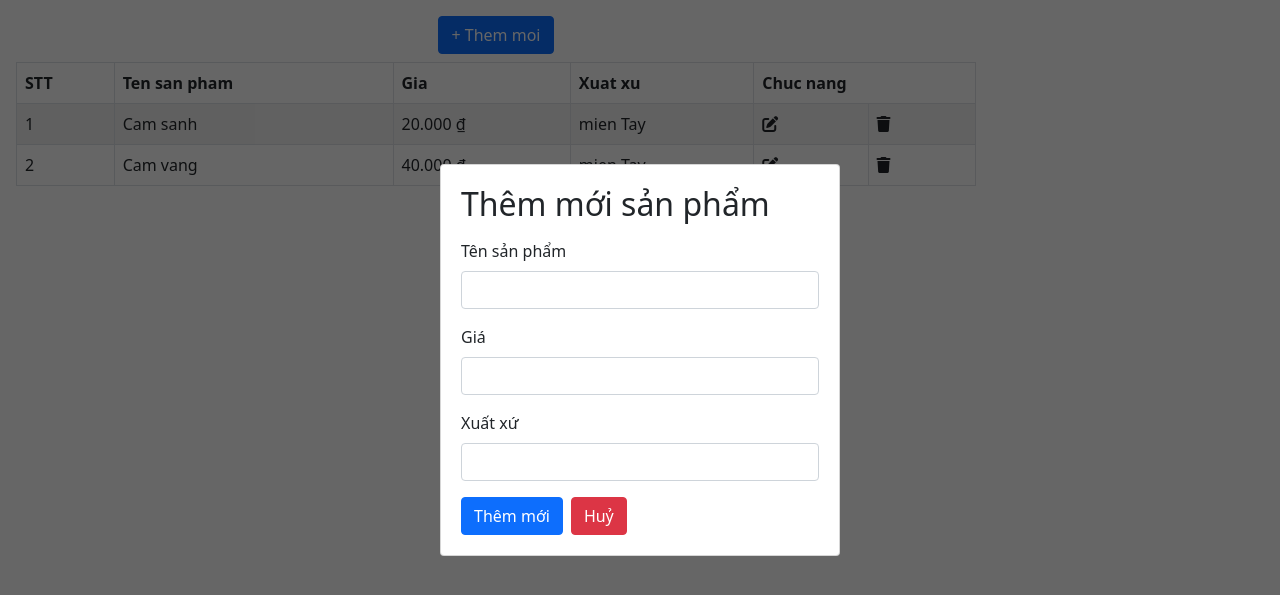
Repository: TinhTT336/MD02_Session12
Page: / (app in client/), after clicking the first element matching `button.btn`
An editor plug-in stored every save of this project. The page is shown before and after the next save, followed by the edit.
The browser window is 1280 px wide. The pictures show the whole page.
The project was rebuilt for these pictures with package versions that can differ from the ones it lists, and the page was loaded fresh each time. Requests to the local data server were answered from the project's data file. Also part of the build but not shown: client/vite.config.js, client/src/App.css, client/src/index.css.

Above is the page before, as saved 2023-09-11 14:17:32.

### client/index.html
<!DOCTYPE html>
<html lang="en">
  <head>
    <meta charset="UTF-8" />
    <link rel="icon" type="image/svg+xml" href="/vite.svg" />
    <meta name="viewport" content="width=device-width, initial-scale=1.0" />
    <title>Vite + React</title>
    <link
      href="https://cdn.jsdelivr.net/npm/bootstrap@5.0.2/dist/css/bootstrap.min.css"
      rel="stylesheet"
      integrity="sha384-EVSTQN3/azprG1Anm3QDgpJLIm9Nao0Yz1ztcQTwFspd3yD65VohhpuuCOmLASjC"
      crossorigin="anonymous"
    />
    <link
      rel="stylesheet"
      href="https://cdnjs.cloudflare.com/ajax/libs/font-awesome/6.4.2/css/all.min.css"
      integrity="sha512-z3gLpd7yknf1YoNbCzqRKc4qyor8gaKU1qmn+CShxbuBusANI9QpRohGBreCFkKxLhei6S9CQXFEbbKuqLg0DA=="
      crossorigin="anonymous"
      referrerpolicy="no-referrer"
    />
  </head>
  <body>
    <div id="root"></div>
    <script type="module" src="/src/main.jsx"></script>
  </body>
</html>

### client/src/App.jsx
import { useState } from 'react'
import reactLogo from './assets/react.svg'
import viteLogo from '/vite.svg'
import './App.css'
import ListProduct from './pages/product/ListProduct'

function App() {
  const [count, setCount] = useState(0)

  return (
    <>
      <ListProduct />
    </>
  )
}

export default App

### client/src/pages/product/ListProduct.jsx
import React, { useEffect, useState } from 'react'
import { formatMoney } from '../../utils/formatData';
import FormAdd from '../../components/admin/manager-product/FormAdd';

export default function ListProduct() {
    const [products, setProducts] = useState([]);
    const [showForm, setShowForm] = useState(false);
    // console.log(products);
    // goi API lay thong tin tat ca san pham
    const loadData = () => {
        fetch("http://localhost:8000/products")
            .then((response) => response.json())// ep kieu ve dang json
            .then((response) => setProducts(response)) // noi co du lieu tra ve
            .catch((error) => console.log(error))// bat loi
    }
    // khi lam viec voi components khong duoc goi ham truc tiep ma su dung useEffect
    // useEffect dung khi can hien thi du lieu ra giao dien
    useEffect(() => {
        loadData();
    }, [])

    /**
     * ham xoa thong 1 product theo id
     * @param {*} id id cua product can xoa
     * Author: TinhTT (11/09/2023)
     */
    const handleDelete = (id) => {
        fetch(`http://localhost:8000/products/${id}`, {
            method: "DELETE",
        }).then((response) => {
            if (response.status === 200) {
                loadData();
            }
        })
            .catch((error) => console.log(error))
    }

    // ham hien thi form them moi
    const handleShowForm = () => {
        setShowForm(true);
    }
    return (
        <>
            {showForm && <FormAdd />}
            <div className='w-75 d-flex align-items-center justify-content-center flex-column m-3'>
                <div >
                    <button onClick={handleShowForm} className='btn btn-primary mb-2 btn-add' style={{ textAlign: "right" }}>+ Them moi</button>
                </div>
                <table className='table table-striped table-hover table-bordered'>
                    <thead>
                        <tr>
                            <th scope='col'>STT</th>
                            <th scope='col'>Ten san pham</th>
                            <th scope='col'>Gia</th>
                            <th scope='col'>Xuat xu</th>
                            <th scope='col' colSpan={2}>Chuc nang</th>
                        </tr>
                    </thead>
                    <tbody>
                        {products.map((pro, index) => (
                            <tr key={pro.id}>
                                <td>{index + 1}</td>
                                <td>{pro.product_name}</td>
                                <td>{formatMoney(pro.price)}</td>
                                <td>{pro.from}</td>
                                <td><i className="fa-solid fa-pen-to-square"></i></td>
                                <td onClick={() => handleDelete(pro.id)}><i className="fa-solid fa-trash"></i></td>
                            </tr>
                        ))}
                    </tbody>
                </table>
            </div>
        </>
    )
}

### client/src/utils/formatData.js
/**
 * ham format tien te Viet Nam
 * @param {*} money chuoi tien te can format
 * @returns chuoi tien te da duoc format
 * Author: TinhTT (11/09/2023)
 */
export const formatMoney = (money) => {
  return money.toLocaleString("vi", { style: "currency", currency: "VND" });
};
export const formatDate = () => {};
export const formatEmail = () => {};

### client/src/components/admin/manager-product/FormAdd.jsx
import React, { useState } from 'react'
import "./product.css";

export default function FormAdd() {
    const [product, setProduct] = useState({
        productName: "",
        price: 0,
        from: "",
    })

    // ham lay gia tri tu cac o input
    const handleChange = (e) => {
        const { name, value } = e.target;
        setProduct({ ...product, [name]: value })
    }

    // ham them moi san pham
    const handleSubmit = (e) => {
        e.preventDefault();
        console.log(product);
    }
    return (
        <>
            <div className='product-container'>
                <form className='form-container' onSubmit={handleSubmit}>
                    <div className='mb-3'>
                        <h2>Thêm mới sản phẩm</h2>
                    </div>
                    <div className="mb-3 mt-3">
                        <label htmlFor="productName" className="form-label">
                            Tên sản phẩm
                        </label>
                        <input type="text" className="form-control" name="productName" id="productName" onChange={handleChange} />
                    </div>
                    <div className="mb-3">
                        <label htmlFor="price" className="form-label">
                            Giá
                        </label>
                        <input type="text" className="form-control" name='price' id='price' onChange={handleChange} />
                    </div>
                    <div className="mb-3">
                        <label className="form-label" htmlFor="from">
                            Xuất xứ
                        </label>
                        <input type="text" className="form-control" name='from' id='from' onChange={handleChange} />
                    </div>
                    <button type="submit" className="btn btn-primary me-2">
                        Thêm mới
                    </button>
                    <button type="button" className="btn btn-danger">
                        Huỷ
                    </button>
                </form>

            </div>

        </>
    )
}

### client/src/components/admin/manager-product/product.css
.product-container {
  position: fixed;
  bottom: 0;
  top: 0;
  right: 0;
  left: 0;
  background: rgba(0, 0, 0, 0.6);
  display: flex;
  align-items: center;
  justify-content: center;
  min-height: 100vh;
}
.form-container {
  width: 400px;
  padding: 20px;
  background-color: #fff;
  border: 1px solid #3333;
  border-radius: 4px;
}

### server/db.json
{
  "users": [
    {
      "id": 1,
      "user_name": "Nguyen Van A",
      "gender": 0,
      "address": "Thanh Xuan, Ha Noi",
      "email": "an@gmail.com",
      "password": "123456"
    }
  ],
  "products": [
    {
      "id": 1,
      "product_name": "Cam sanh",
      "price": 20000,
      "from": "mien Tay"
    },
    {
      "id": 2,
      "product_name": "Cam vang",
      "price": 40000,
      "from": "mien Tay"
    }
  ]
}

Loaded but not shown: client/src/main.jsx (common file)

After the next save:
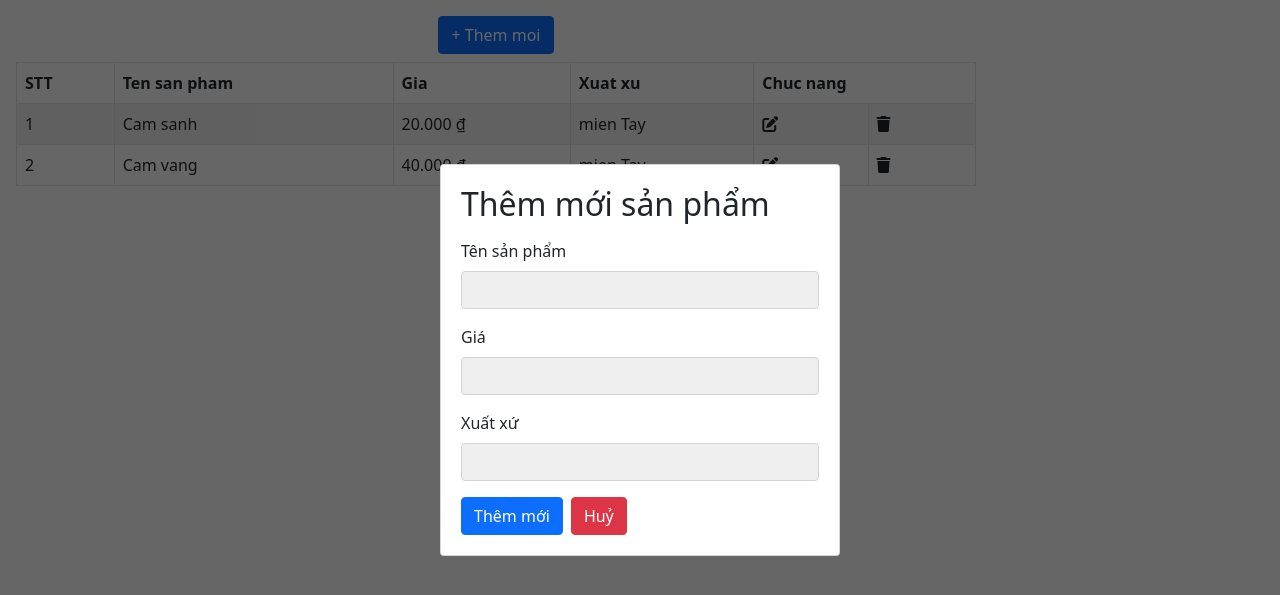
Saved 36 s later.
--- a/client/src/components/admin/manager-product/product.css
+++ b/client/src/components/admin/manager-product/product.css
@@ -17,3 +17,6 @@
   border: 1px solid #3333;
   border-radius: 4px;
 }
+.form-control {
+  background-color: #efefef;
+}
